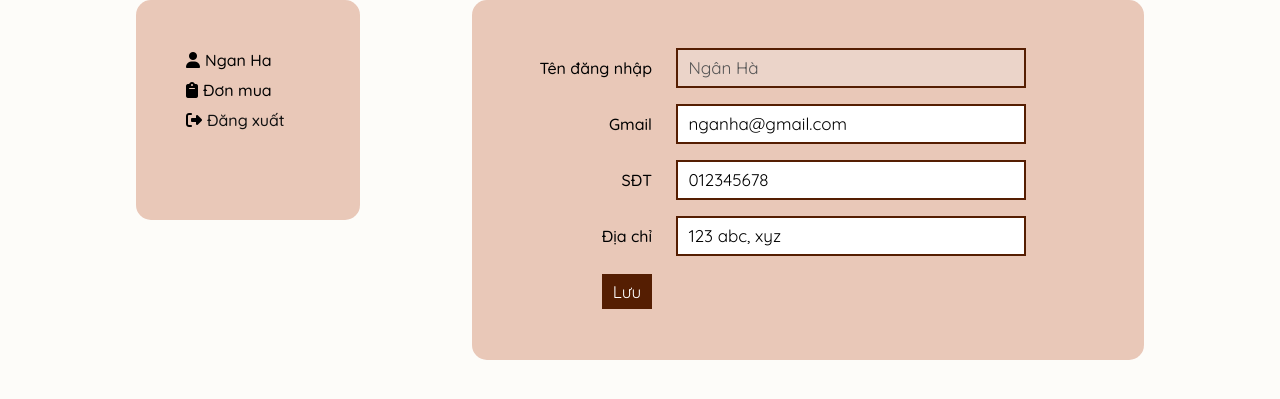
Repository: nganha241/store
Page: profile.html
An editor plug-in stored every save of this project. The page is shown before and after the next save, followed by the edit.
The browser window is 1280 px wide. The pictures show the whole page.
After loading, the first visible `div.list-profile` was clicked once.
Some web libraries are served in a nearby version.

Above is the page before, as saved 2022-04-22 22:51:28.

After the next save:
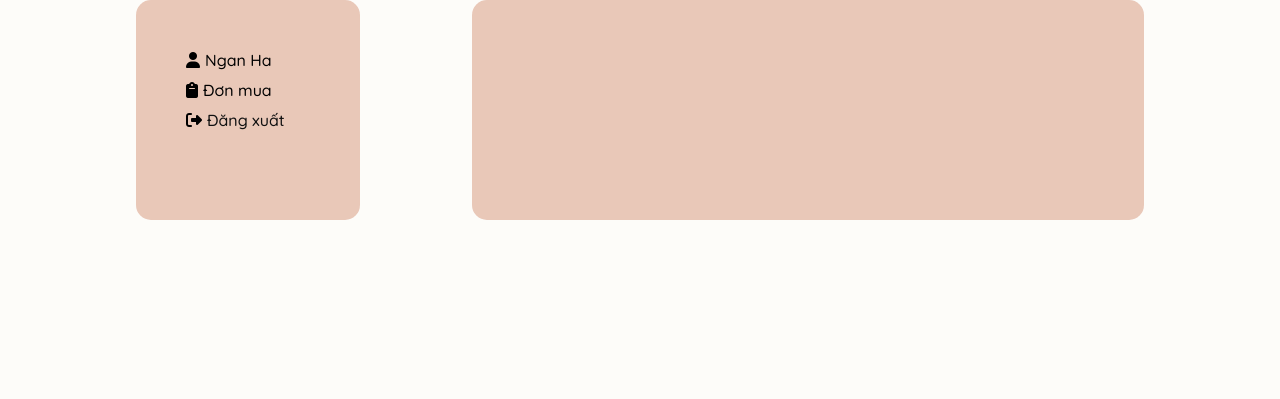
Saved 46 s later.
--- a/profile.js
+++ b/profile.js
@@ -14,5 +14,6 @@
     valueIndex = index;
 
     list_detail[valueIndex].classList.remove("hide");
+    list_detail[currentIndex].classList.add("hide");
   });
 });

After the save that followed:
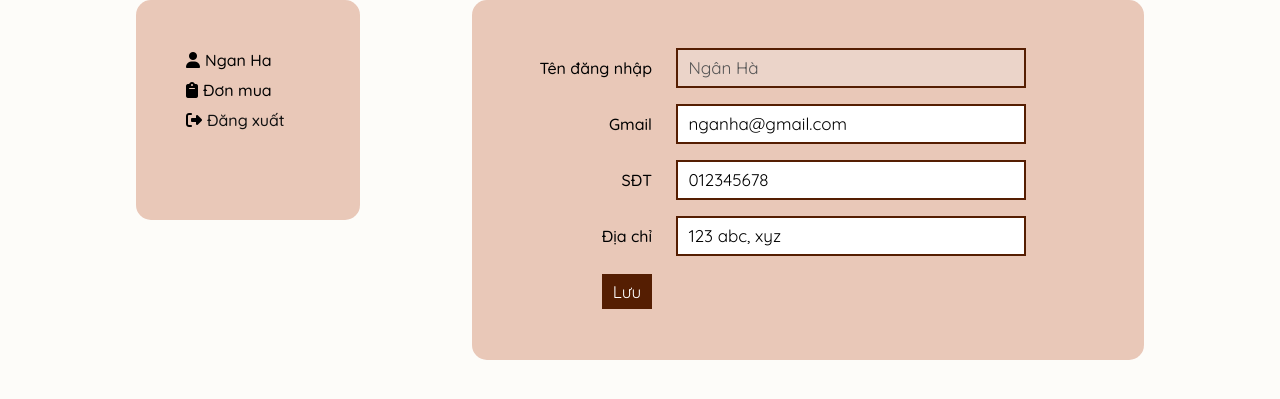
Saved 28 s later.
--- a/profile.js
+++ b/profile.js
@@ -12,8 +12,9 @@
   e.addEventListener("click", () => {
     currentIndex = valueIndex;
     valueIndex = index;
-
-    list_detail[valueIndex].classList.remove("hide");
-    list_detail[currentIndex].classList.add("hide");
+    if (currentIndex != valueIndex) {
+      list_detail[valueIndex].classList.remove("hide");
+      list_detail[currentIndex].classList.add("hide");
+    }
   });
 });
